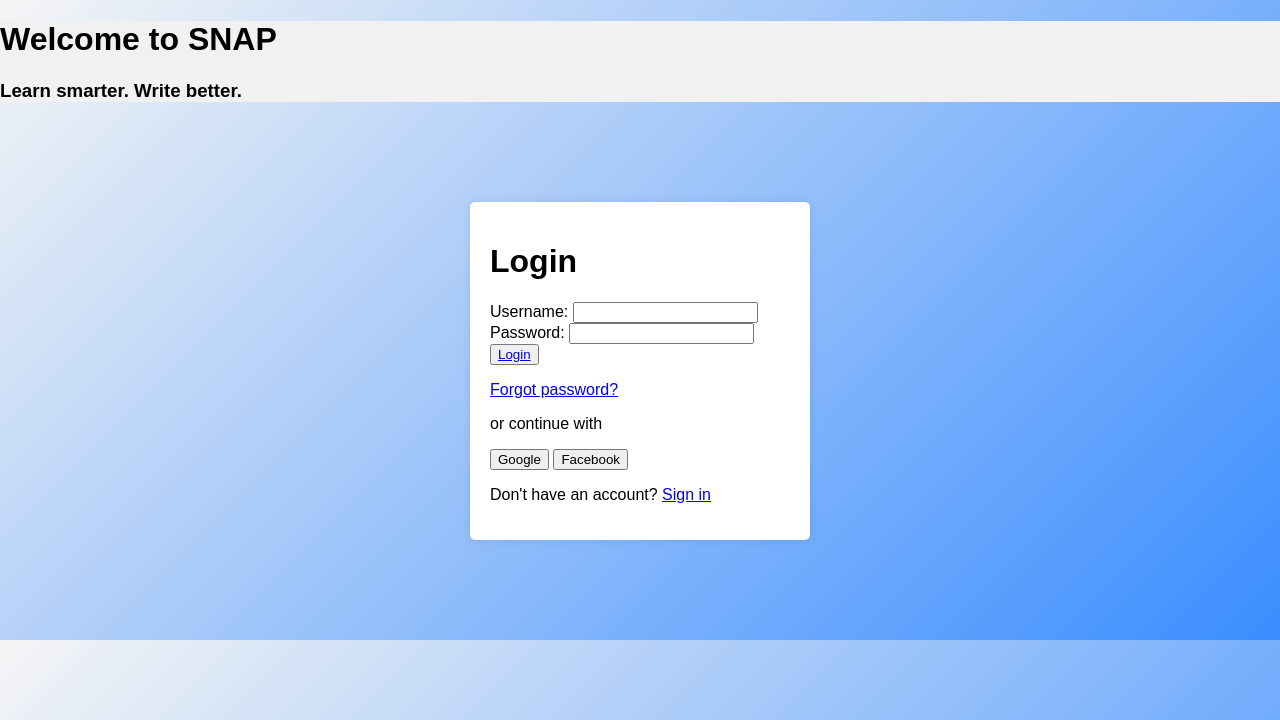
Repository: Lee-Productions-Inc/SNAP_productions
Page: pages/login.html
The author's editor kept a copy of each file at every save. The page is drawn from the files as they stood at one save, then again after the next save.
The browser window is 1280 px wide. The pictures show the whole page.

Above is the page before, as saved 2026-09-16 19:57:54.

After the next save:
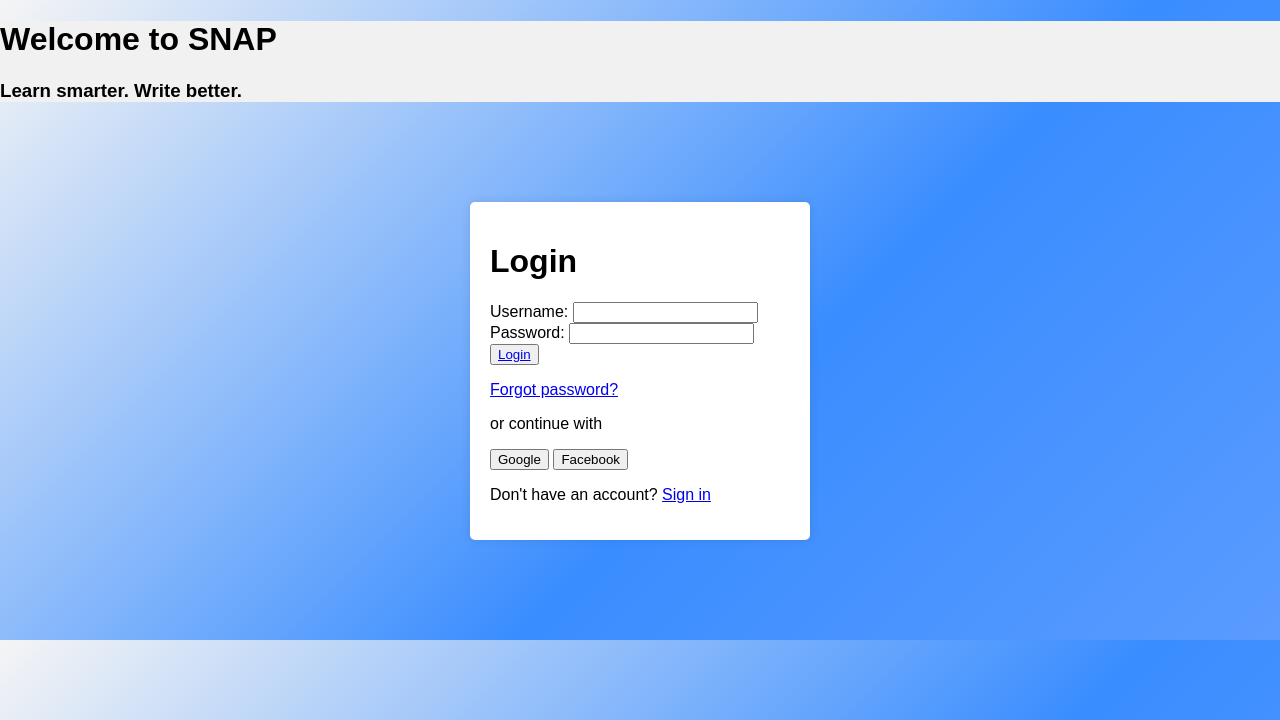
Saved 2 min 43 s later.
--- a/designs/main.css
+++ b/designs/main.css
@@ -2,7 +2,8 @@
     font-family: Arial, sans-serif;
     margin: 0;
     padding: 0;
-    background: linear-gradient(135deg, #F5F5F5 0%, #3A8DFF 100%);
+    background: linear-gradient(135deg, #F5F5F5 0%, #3A8DFF 60%, #5A9BFF 100%);
+
 }
 .header{
     background-color: #f1f1f1;
